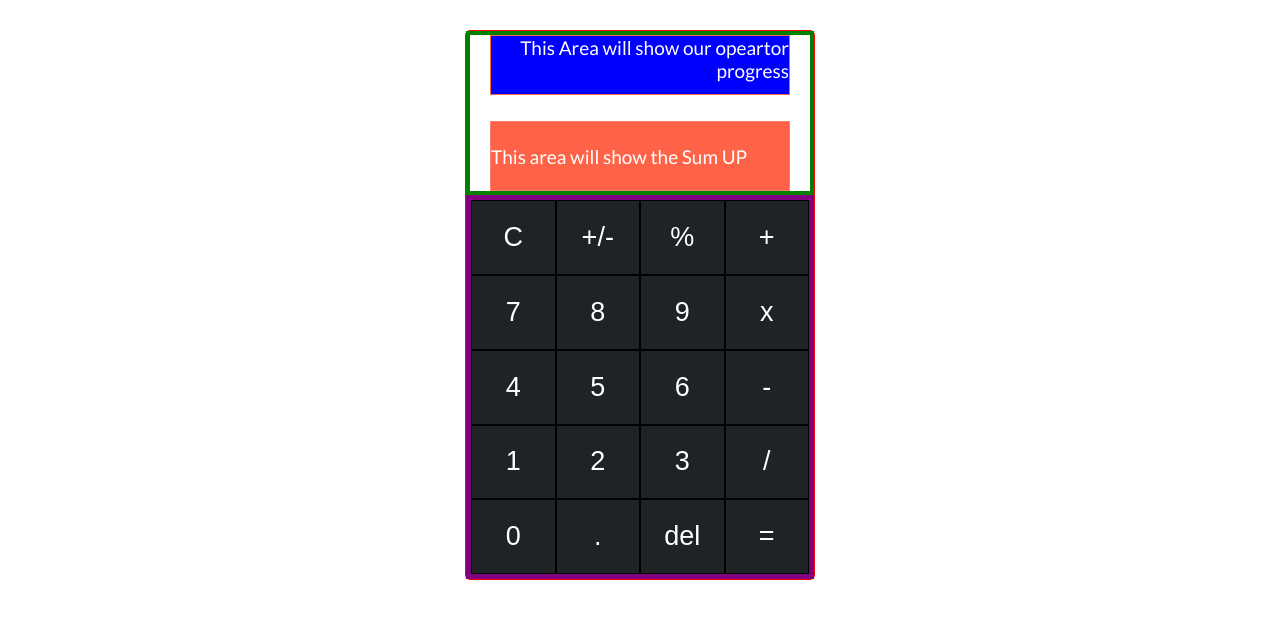
Repository: OfirLana/Calculator
Page: index.html
The author's editor kept a copy of each file at every save. The page is drawn from the files as they stood at one save, then again after the next save.
The browser window is 1280 px wide. The pictures show the whole page.

Above is the page before, as saved 2019-03-12 21:25:30.

After the next save:
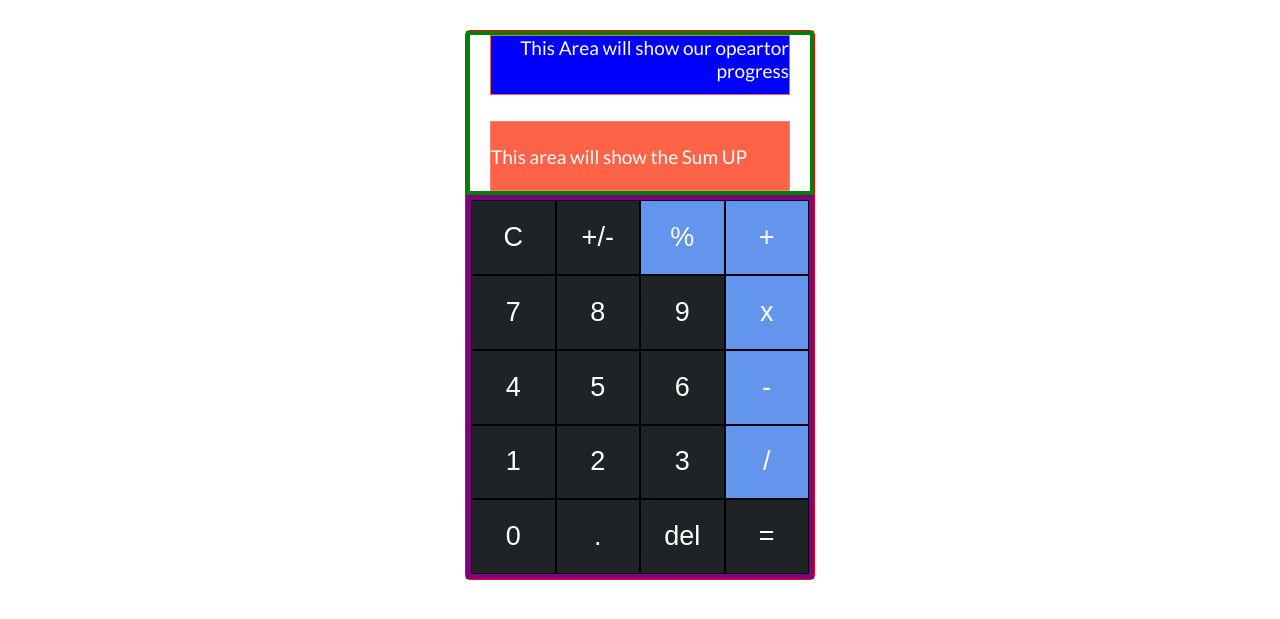
Saved 4 s later.
--- a/style.css
+++ b/style.css
@@ -90,5 +90,5 @@ body {
 }
 
 .op {
-    background:co
+    background:cornflowerblue;
 }
